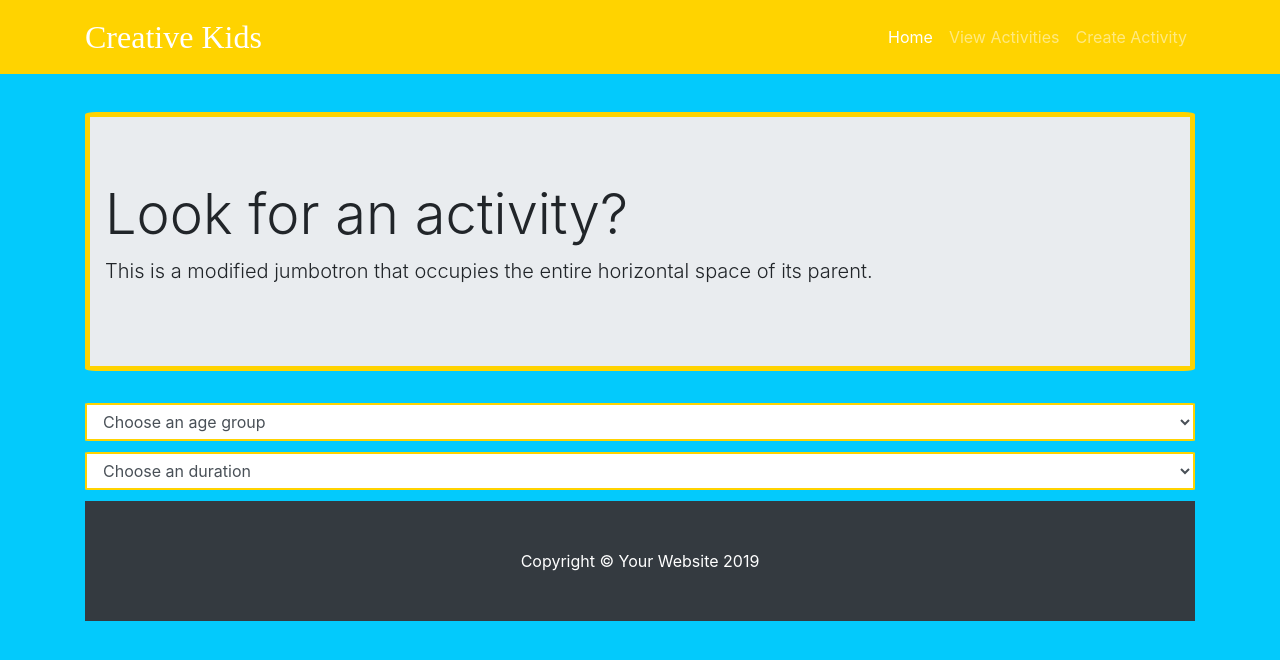
Repository: Neilfoster/milestone_project_3
Page: http://localhost/activity_view
The author's editor kept a record of every edit. The page is drawn from the files as they stood at one moment, then again after the next edit.
The browser window is 1280 px wide. The pictures show the whole page.
Some web fonts or font styles are not loaded; a fallback is used. Some web libraries are served in a nearby version. The page is served by the project's application, run on Flask 3 (app.py). Queries for data that is not in the repository find no rows.

Above is the page before.

### templates/activity_view.html
{% extends "base.html" %} {% block content %}
<div class="container">
    <!-- heading -->
    <div class="jumbotron jumbotron-fluid cstm_jumb">
        <div class="container">
            <h1 class="display-4">Look for an activity?</h1>
            <p class="lead">This is a modified jumbotron that occupies the entire horizontal space of its parent.</p>
        </div>
    </div>
    <!-- Select Menus -->
    <select class="form-control cstm_select" id="age_group" name="age_group">
            <option value="" disabled selected>Choose an age group</option>
               {% for age in ages %}
            <option value="{{age.age_group.capitalize()}}">{{age.age_group.capitalize()}}</option>
               {% endfor %}
    </select>

    <select class="form-control cstm_select" id="activity_duration" name="activity_duration">
            <option value="" disabled selected>Choose an duration</option>
               {% for duration in durations %}
            <option value="{{duration.activity_duration.capitalize()}}">{{duration.activity_duration.capitalize()}}</option>
               {% endfor %}
    </select>


    <!-- Cards -->
    <div class="row">
        {%for activity in activities %}


        <div class="col-lg-4 col-md-6 col-sm col-xs-12">
            <div class="card cstm_card accordion" id="accordionExample" style="width: 18rem;">
                <img src="https://images-na.ssl-images-amazon.com/images/I/91TPy6s2TzL._SX425_.jpg" class="card-img-top" alt="...">
                <div class="card-body">
                    <h5 class="card-title"> {{activity.activity_name}} </h5>
                </div>
                <ul class="list-group list-group-flush">
                    <li class="list-group-item"><strong>Age:</strong> {{activity.age_group.capitalize()}}</li>
                    <li class="list-group-item"><strong>Duration:</strong> {{activity.activity_duration.capitalize()}}</li>
                    <li class="list-group-item"><strong>Equipment:</strong> {{activity.equipment.capitalize()}}</li>
                </ul>
                <div class="card-body">
                    <div class="card">
                        <div class="card-header" id="headingOne">
                            <h2 class="mb-0">
                                <button class="btn btn-link" type="button" data-toggle="collapse" data-target="#collapseOne" aria-expanded="true" aria-controls="collapseOne">
                                          View Details
                                </button>
                            </h2>
                        </div>
                        <div id="collapseOne" class="collapse show" aria-labelledby="headingOne" data-parent="#accordionExample">
                            <div class="card-body">
                                {{activity.details.capitalize()}}
                            </div>
                        </div>
                    </div>
                </div>
            </div>
        </div>

        {% endfor %}
    </div>



        <!--<div class="card">
            <div class="card-header" id="headingOne">
                <h2 class="mb-0">
                    <button class="btn btn-link" type="button" data-toggle="collapse" data-target="#collapseOne" aria-expanded="true" aria-controls="collapseOne">
          Collapsible Group Item #1
        </button>
                </h2>
            </div>

            <div id="collapseOne" class="collapse show" aria-labelledby="headingOne" data-parent="#accordionExample">
                <div class="card-body">
                    Anim pariatur cliche reprehenderit, enim eiusmod high life accusamus terry richardson ad squid. 3 wolf moon officia aute, non cupidatat skateboard dolor brunch. Food truck quinoa nesciunt laborum eiusmod. Brunch 3 wolf moon tempor, sunt aliqua put a bird
                    on it squid single-origin coffee nulla assumenda shoreditch et. Nihil anim keffiyeh helvetica, craft beer labore wes anderson cred nesciunt sapiente ea proident. Ad vegan excepteur butcher vice lomo. Leggings occaecat craft beer farm-to-table,
                    raw denim aesthetic synth nesciunt you probably haven't heard of them accusamus labore sustainable VHS.
                </div>
            </div>
        </div>


</div>

{% endblock %}

### templates/base.html
<!DOCTYPE html>
<html lang="en">

<head>

  <meta charset="utf-8">
  <meta name="viewport" content="width=device-width, initial-scale=1, shrink-to-fit=no">
  <meta name="description" content="">
  <meta name="author" content="">

  <title>Creative Kids</title>

  <!-- Bootstrap core CSS -->
  <link href="static/css/bootstrap.min.css" rel="stylesheet">

  <!-- CDN for Bootstrap core CSS -->
  <!-- <link rel="stylesheet" href="https://stackpath.bootstrapcdn.com/bootstrap/4.3.1/css/bootstrap.min.css" type="text/css" /> -->

  <!-- Custom styles for this template -->
  <link href="static/css/small-business.css" rel="stylesheet">

  <!-- Custom styles-->
  <link href="static/css/style.css" rel="stylesheet">

  <!-- Google Fonts-->
  <link href="https://fonts.googleapis.com/css?family=Butterfly+Kids&display=swap" rel="stylesheet">

</head>

<body>

  <!-- Navigation -->
  <nav class="navbar navbar-expand-lg navbar-dark fixed-top cstmnav">
    <div class="container">
      <a class="navbar-brand nav_txt" href="{{url_for('activity_view')}}">Creative Kids</a>
      <button class="navbar-toggler" type="button" data-toggle="collapse" data-target="#navbarResponsive" aria-controls="navbarResponsive" aria-expanded="false" aria-label="Toggle navigation">
        <span class="navbar-toggler-icon"></span>
      </button>
      <div class="collapse navbar-collapse" id="navbarResponsive">
        <ul class="navbar-nav ml-auto">
          <li class="nav-item active">
            <a class="nav-link" href="">Home
              <span class="sr-only">(current)</span>
            </a>
          </li>
          <li class="nav-item">
            <a class="nav-link" href="{{url_for('activity_view')}}">View Activities</a>
          </li>
          <li class="nav-item">
            <a class="nav-link" href="{{url_for('add_activity')}}">Create Activity</a>
          </li>

        </ul>
      </div>
    </div>
  </nav>

  {% block content %} {% endblock %}



  <!-- Footer -->
  <footer class="py-5 bg-dark">
    <div class="container">
      <p class="m-0 text-center text-white">Copyright &copy; Your Website 2019</p>
    </div>
    <!-- /.container -->
  </footer>


  <!-- Bootstrap core JavaScript -->
  <script src="static/js/jquery.min.js"></script>
  <script src="static/js/bootstrap.bundle.min.js"></script>

<!-- Font Awesome js-->
  <script src="https://kit.fontawesome.com/8aa891fdce.js" crossorigin="anonymous"></script>
</body>

</html>

### app.py
import os
from flask import Flask, render_template, redirect, request, url_for
from flask_pymongo import PyMongo
from bson.objectid import ObjectId

app = Flask(__name__)

app.config["MONGO_DBNAME"] = 'milestoneproject3me'
app.config["MONGO_URI"] = os.environ.get('mongo_uri')

mongo = PyMongo(app)

@app.route('/')
@app.route('/home')
def get_activities():
    return render_template("home.html",
    activities=mongo.db.Activities.find())

@app.route('/activity_view')
def activity_view():
    return render_template('activity_view.html',
    activities=mongo.db.Activities.find().limit(6),
    ages=mongo.db.ages.find(),
    durations=mongo.db.duration.find())

@app.route('/add_activity', methods=['POST', 'GET'])
def add_activity():
    return render_template('add_activity.html',
    ages=mongo.db.ages.find(),
    durations=mongo.db.duration.find())

@app.route('/insert_activity', methods=['POST'])
def insert_activity():
    activities=mongo.db.Activities
    activities.insert_one(request.form.to_dict())
    return redirect(url_for('activity_view'))


if __name__ == "__main__":
    app.run(host=os.environ.get('IP'),
        port=int(os.environ.get('PORT')),
        debug=True)

### static/css/style.css
body {
    background-color: #03cafc;

}

.forum_text {
    margin-left: 1%;
}

.my_button{
    margin-bottom: 2%;
}

.cstmnav{
    background-color: #ffd300;
}

.cstm_jumb{
    border: 5px solid #ffd300;
    border-radius:1%;
    margin-top: 5%;
}

.cstm_select {
    border: 2px solid #ffd300;
    border-radius:1%;
    margin-top:1%;
    margin-bottom: 1%;
}

.cstm_card {
    border: 2px solid #ffd300;
    border-radius:1%;
    margin:1%;
}

.cstm_jumb_home{
    background-color: #ffd300;
}

.nav_txt {
    font-size:2rem;
    font-family: 'Butterfly Kids', cursive;
}

.home_title {
    font-family: 'Butterfly Kids', cursive;
    font-size:3rem;
}

.add_forum {
     border: 2px solid #ffd300;
    border-radius:1%;
}

.add_title {
    font-family: 'Butterfly Kids', cursive;
    font-size: 4rem;
}

Loaded but not shown: static/css/bootstrap.min.css (library); static/css/small-business.css (common file); static/js/jquery.min.js (library); static/js/bootstrap.bundle.min.js (library)

After the next edit:
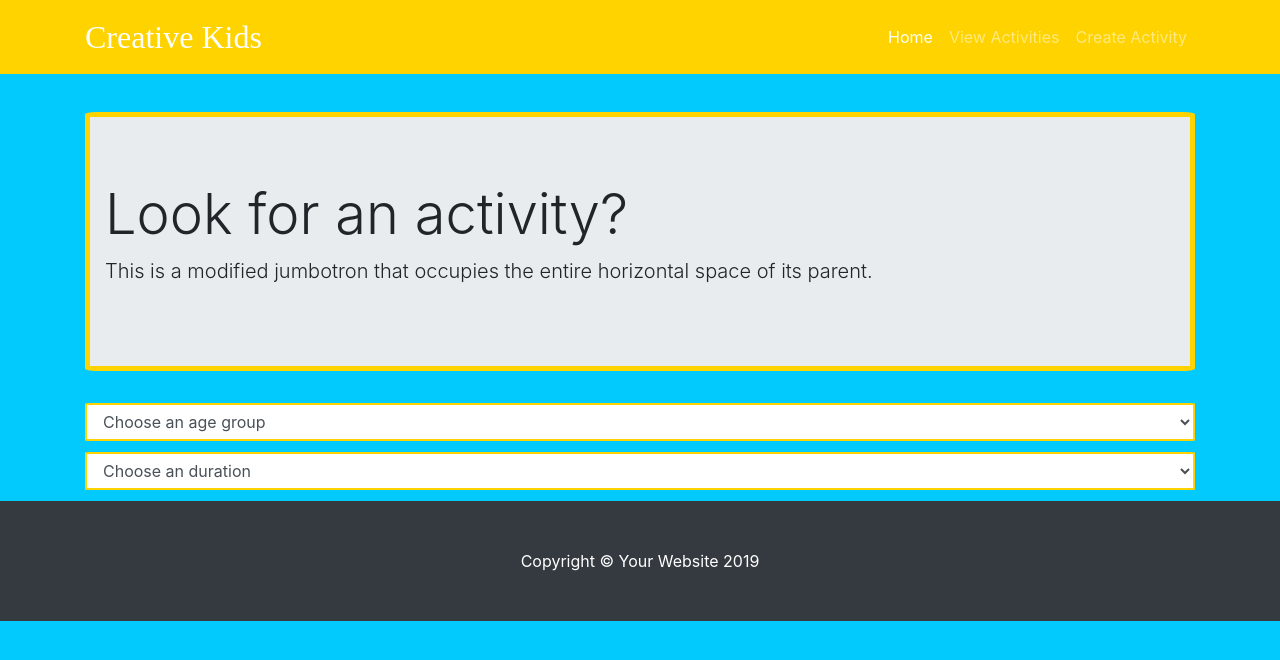
The edit:
--- a/templates/activity_view.html
+++ b/templates/activity_view.html
@@ -61,27 +61,6 @@
         {% endfor %}
     </div>
 
-
-
-        <!--<div class="card">
-            <div class="card-header" id="headingOne">
-                <h2 class="mb-0">
-                    <button class="btn btn-link" type="button" data-toggle="collapse" data-target="#collapseOne" aria-expanded="true" aria-controls="collapseOne">
-          Collapsible Group Item #1
-        </button>
-                </h2>
-            </div>
-
-            <div id="collapseOne" class="collapse show" aria-labelledby="headingOne" data-parent="#accordionExample">
-                <div class="card-body">
-                    Anim pariatur cliche reprehenderit, enim eiusmod high life accusamus terry richardson ad squid. 3 wolf moon officia aute, non cupidatat skateboard dolor brunch. Food truck quinoa nesciunt laborum eiusmod. Brunch 3 wolf moon tempor, sunt aliqua put a bird
-                    on it squid single-origin coffee nulla assumenda shoreditch et. Nihil anim keffiyeh helvetica, craft beer labore wes anderson cred nesciunt sapiente ea proident. Ad vegan excepteur butcher vice lomo. Leggings occaecat craft beer farm-to-table,
-                    raw denim aesthetic synth nesciunt you probably haven't heard of them accusamus labore sustainable VHS.
-                </div>
-            </div>
-        </div>
-
-
 </div>
 
 {% endblock %}
